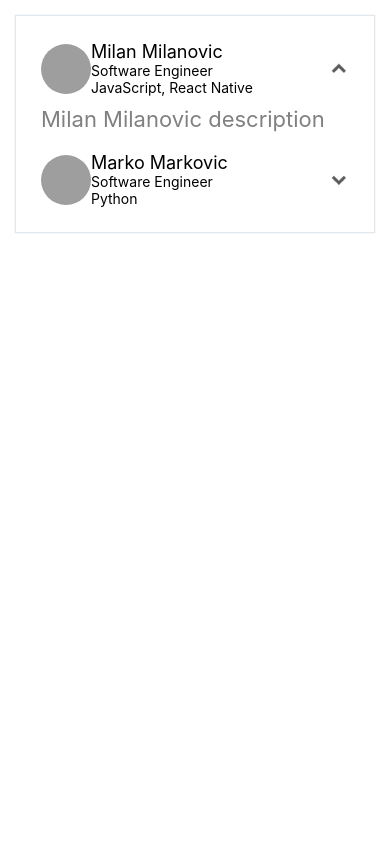
Repository: likanbl/intern-feature
Screen: /, after clicking the first element matching `div.r-alignItems-1awozwy`
The author's editor kept a copy of each file at every save. The screen is drawn from the files as they stood at one save, then again after the next save.
Pictures or frames that could not be fetched are drawn as grey boxes. The app was drawn by React Native's web renderer in a window 390 px wide. The project was rebuilt for these pictures with package versions that can differ from the ones it lists, and the page was loaded fresh each time.

Above is the screen before, as saved 2019-09-13 14:44:26.

### App.js
/**
 * Sample React Native App
 * https://github.com/facebook/react-native
 *
 * @format
 * @flow
 */

import React, {Component} from 'react';

import Home from './src/components/home/Home';

export default class App extends Component {
  render() {
    return <Home></Home>;
  }
}

### src/components/home/Home.js
import React, {Component} from 'react';
import {View, FlatList, Text, StyleSheet} from 'react-native';
import {Card} from 'react-native-elements';
import {HomeItem} from './HomeItem';

const Data = [
  {
    Name: 'Milan Milanovic',
    role: 'Software Engineer',
    skills: 'JavaScript, React Native',
    additionalInfo: 'Milan Milanovic description',
  },
  {
    Name: 'Marko Markovic',
    role: 'Software Engineer',
    skills: 'Python',
    additionalInfo: 'Marko Markovic description',
  },
];
export default class Home extends Component {
  renderItem = ({item}) => <HomeItem item={item} />;

  render() {
    return (
      <Card>
        <View style={StyleSheet.container}>
          <FlatList
            data={Data}
            renderItem={this.renderItem}
            keyExtractor={Data.id}
          />
        </View>
      </Card>
    );
  }
}

### src/components/home/HomeItem.js
import React, {Component} from 'react';
import {
  View,
  Text,
  Image,
  TouchableWithoutFeedback,
  StyleSheet,
} from 'react-native';
import PropTypes from 'prop-types';
import {images} from '../../assets/images';
import {Avatar} from 'react-native-elements';

const propTypes = {
  item: PropTypes.object,
};

class HomeItem extends Component {
  state = {
    isSelected: false,
  };

  onPress = () => {
    this.setState((prevState, prevProps) => ({
      isSelected: !prevState.isSelected,
    }));
  };

  renderDetails = () => (
    <View style={styles.titleContainer}>
      <Text style={styles.description}>{this.props.item.additionalInfo}</Text>
    </View>
  );

  render() {
    const {isSelected} = this.state;
    return (
      <View style={styles.container}>
        <TouchableWithoutFeedback onPress={this.onPress}>
          <View style={styles.titleContainer}>
            <View>
              <Avatar
                size="medium"
                rounded
                source={{
                  uri:
                    'https://s3.amazonaws.com/uifaces/faces/twitter/ladylexy/128.jpg',
                }}
              />
            </View>
            <View style={styles.nameRole}>
              <Text style={styles.title}>{this.props.item.Name}</Text>
              <Text style={styles.role}>{this.props.item.role}</Text>
              <Text style={styles.role}>{this.props.item.skills}</Text>
            </View>
            <Image
              source={isSelected ? images.close : images.expand}
              style={styles.image}
            />
          </View>
        </TouchableWithoutFeedback>
        {isSelected && this.renderDetails()}
      </View>
    );
  }
}
HomeItem.propTypes = propTypes;

const styles = StyleSheet.create({
  avatarContainer: {
    flex: 1,
    alignItems: 'flex-start',
    justifyContent: 'center',
  },
  nameRole: {
    flex: 2,
    alignItems: 'flex-start',
    justifyContent: 'center',
    marginRight: 20,
  },
  container: {
    flex: 1,
    flexDirection: 'column',
    margin: 10,
  },
  titleContainer: {
    flexDirection: 'row',
    justifyContent: 'space-around',
    alignItems: 'center',
  },
  title: {
    flex: 1,
    fontSize: 18,
  },
  role: {
    flex: 1,
    fontSize: 14,
  },
  description: {
    flex: 1,
    fontSize: 22,
    color: 'gray',
    paddingTop: 10,
  },
  image: {
    width: 20,
    height: 20,
  },
});

export {HomeItem};

### src/assets/images.js
export const images = {
  expand: require('../../resources/expand.png'),
  close: require('../../resources/close.png'),
};

After the next save:
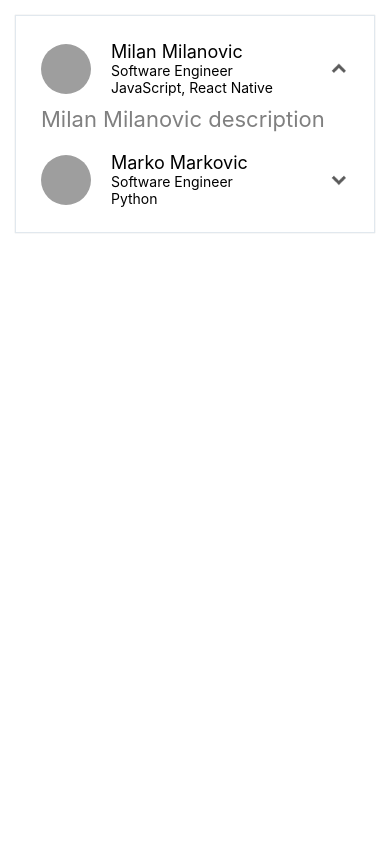
Saved 9 s later.
--- a/src/components/home/HomeItem.js
+++ b/src/components/home/HomeItem.js
@@ -75,7 +75,7 @@ const styles = StyleSheet.create({
     flex: 2,
     alignItems: 'flex-start',
     justifyContent: 'center',
-    marginRight: 20,
+    marginLeft: 20,
   },
   container: {
     flex: 1,
